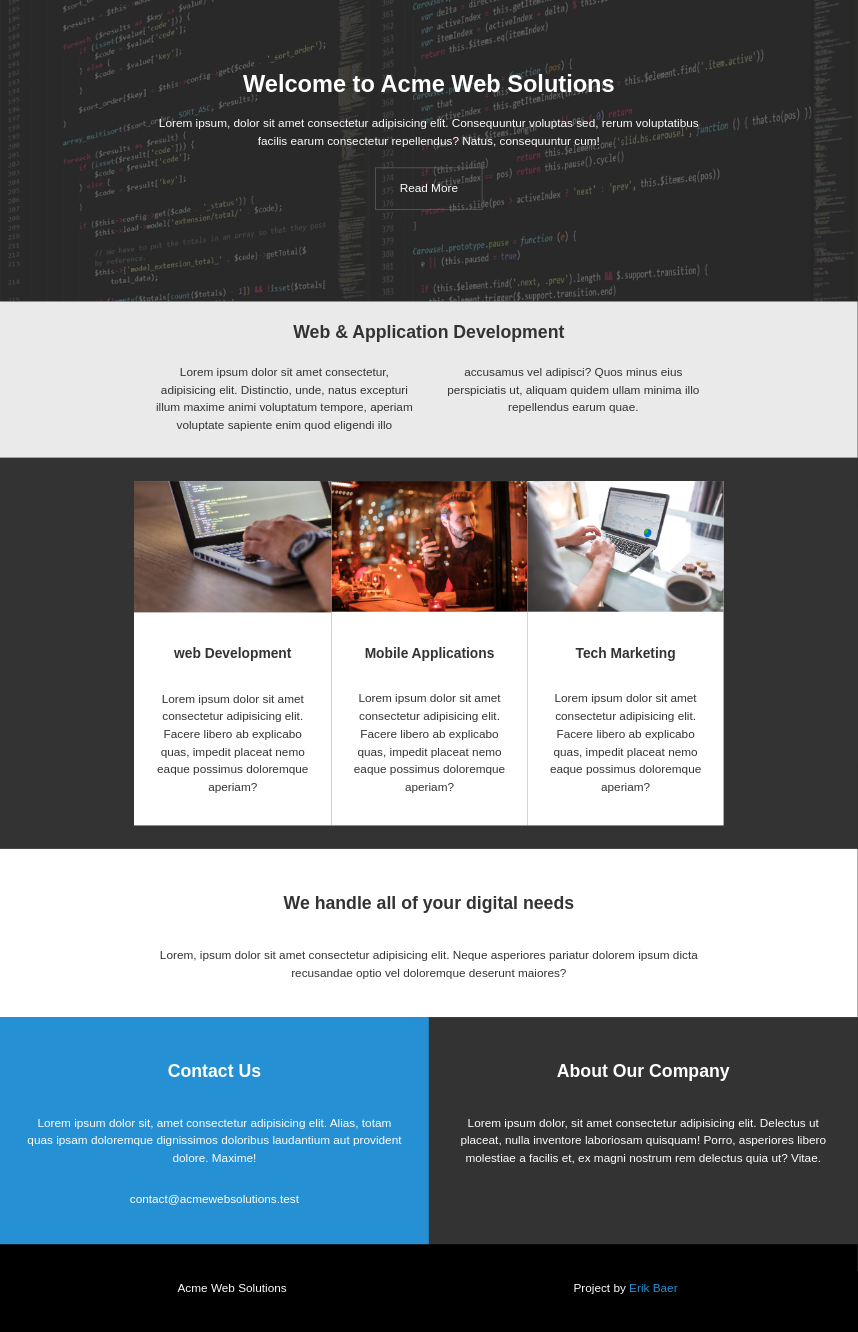
Repository: ErikBaer/MobileFirst
Page: index.html
The author's editor kept a copy of each file at every save. The page is drawn from the files as they stood at one save, then again after the next save.
The browser window is 1280 px wide. The pictures show the whole page, at 67% of full size.

Above is the page before, as saved 2020-02-15 03:59:36.

### index.html
<!DOCTYPE html>
<html lang="en">
<head>
    <meta charset="UTF-8">
    <meta name="viewport" content="width=device-width, initial-scale=1.0">
    <link rel="stylesheet" type="text/css" href="style.css">
    <title>Acme Web Solutions</title>
</head>
<body>

<!--Header Showcase -->

   <header id="showcase" class="grid">
    <div class="bg-image"></div>
    <div class="content-wrap">
    <h1>Welcome to Acme Web Solutions</h1>
    <p>Lorem ipsum, dolor sit amet consectetur adipisicing elit.
         Consequuntur voluptas sed, rerum voluptatibus facilis
         earum consectetur repellendus? Natus, consequuntur cum!
        </p>
    <a href="#section-b" class="btn">Read More</a>
    </div>
</header>

<!-- Main Area -->

<main id="main">

    <!-- Section A -->

    <section id="section-a" class="grid">
        <div class="content-wrap">
            <h2 class="content-title">Web & Application Development</h2>
            <div class="content-text">
                <p>Lorem ipsum dolor sit amet consectetur, adipisicing elit.
                    Distinctio, unde, natus excepturi illum maxime animi
                    voluptatum tempore, aperiam voluptate sapiente enim quod
                    eligendi illo accusamus vel adipisci? Quos minus eius
                    perspiciatis ut, aliquam quidem ullam minima illo
                    repellendus earum quae.</p>
            </div>
        </div>
    </section>

    <!-- Section B -->

    <section id="section-b" class="grid">
        <ul>
            <li>
                <div class="card">
                    <img src="./Assets/Coding-Person.jpg" alt="">
                    <div class="card-content">
                        <h3 class="card-title">web Development</h3>
                        <p>Lorem ipsum dolor sit amet consectetur
                            adipisicing elit. Facere libero ab explicabo
                            quas, impedit placeat nemo eaque possimus
                            doloremque aperiam?</p>
                    </div>
                </div>
            </li>
            <li>
                <div class="card">
                    <img src="./Assets/mobile-man.jpg" alt="">
                    <div class="card-content">
                        <h3 class="card-title">Mobile Applications</h3>
                        <p>Lorem ipsum dolor sit amet consectetur
                            adipisicing elit. Facere libero ab explicabo
                            quas, impedit placeat nemo eaque possimus
                            doloremque aperiam?</p>
                    </div>
                </div>
            </li>
            <li>
                <div class="card">
                    <img src="./Assets/charts.jpg" alt="">
                    <div class="card-content">
                        <h3 class="card-title">Tech Marketing</h3>
                        <p>Lorem ipsum dolor sit amet consectetur
                            adipisicing elit. Facere libero ab explicabo
                            quas, impedit placeat nemo eaque possimus
                            doloremque aperiam?</p>
                    </div>
                </div>
            </li>
        </ul>
    </section>

    <!-- Section C -->
    <section id="section-c" class="grid">
        <div class="content-wrap">
            <h2 class="content-title"> We handle all of your digital needs</h2>
            <p>Lorem, ipsum dolor sit amet consectetur adipisicing elit.
                Neque asperiores pariatur dolorem ipsum dicta recusandae
                 optio vel doloremque deserunt maiores?</p>
        </div>
    </section>

    <!-- Section D -->

    <section id="section-d" class="grid">
        <div class="box">
            <h2 class="content-title">Contact Us</h2>
            <p>Lorem ipsum dolor sit, amet consectetur adipisicing elit.
                 Alias, totam quas ipsam doloremque dignissimos doloribus
                 laudantium aut provident dolore. Maxime!</p>
            <p>contact@acmewebsolutions.test</p>
        </div>
        <div class="box">
            <h2 class="content-title">About Our Company</h2>
            <p>Lorem ipsum dolor, sit amet consectetur adipisicing elit.
                Delectus ut placeat, nulla inventore laboriosam quisquam!
                Porro, asperiores libero molestiae a facilis et, ex magni
                 nostrum rem delectus quia ut? Vitae.</p>
        </div>
    </section>
</main>

<!-- Footer -->

<footer id="main-footer" class="grid">
    <div>Acme Web Solutions</div>
    <div>Project by <a href="www.baerdata.de" target="blank">Erik Baer</a></div>
</footer>

</body>
</html>

### style.css
body {
    margin: 0;
    font-family: Arial, Helvetica, sans-serif;
    background-color: #333;
    color: white;
    font-size:1.1em;
    line-height: 1.5;
    text-align: center;
}

img {
    display:block;
    width:100%;
    height: auto;
}

h1, h2, h3 {
    margin:0;
    padding: 1em 0;
}

p {
    margin: 0;
    padding: 1em 0;
}

.btn {
    display: inline-block;
    background: 333;
    color: white;
    text-decoration: none;
    padding: 1em 2em;
    border: 1px solid #666;
    margin: .5em 0
}

.btn:hover {
  background: #eaeaea;
  color: #333;
}

/* Header Showcase */

#showcase {
    min-height: 450px;
    color: #fff;
    text-align: center;
}

#showcase .bg-image {
    position: absolute;
    background: #333 url(/Assets/code.jpg);
    background-position: center;
    background-repeat: no-repeat;
    background-size: cover;
    width: 100%;
    height: 450px;
    z-index: -1;
    opacity: 0.4;
}

#showcase h1 {
    padding-top: 100px;
    padding-bottom: 0;
}

#showcase .content-wrap,
#section-a .content-wrap {
    padding: 0 1.5em;
}


/* Section A */

#section-a {
    background: #eaeaea;
    color: #333;
    padding-bottom: 2em;
}


/* Section B */

#section-b {
    padding: 2em 1em 1em;
}

#section-b ul {
    list-style:none;
    margin:0;
    padding:0;
}

#section-b li {
    margin-bottom: 1em;
    background: #fff;
    color: #333;

}

.card-content {
    padding: 1.5em;
}

/* Section c */

#section-c {
    background: #fff;
    color: #333;
    padding: 2em;
}

/* Section D / Boxes */

#section-d .box {
    padding: 2em;
    color: #fff;
}

#section-d .box:first-child {
    background: #2690d4;
}

/* Footer */

#main-footer {
    padding: 3em;
    background: #000;
    color: white;
    text-align: center;
}

#main-footer a {
    color: #2690d4;
    text-decoration: none;
}

/* Media Queries */

@media(min-width: 700px) {
    .grid {
        display: grid;
        grid-template-columns: 1fr repeat(2, minmax(auto, 25em))1fr;
    }

    #section-a .content-text {
        columns: 2;
        column-gap: 2em;
    }

    #section-a .content-text p {
        padding-top: 0;
    }

    .content-wrap,
     #section-b ul {
         grid-column: 2/4;
     }

     .box, #main-footer div {
         grid-column: span 2;
     }

     #section-b ul {
         display:flex;
     }
}

After the next save:
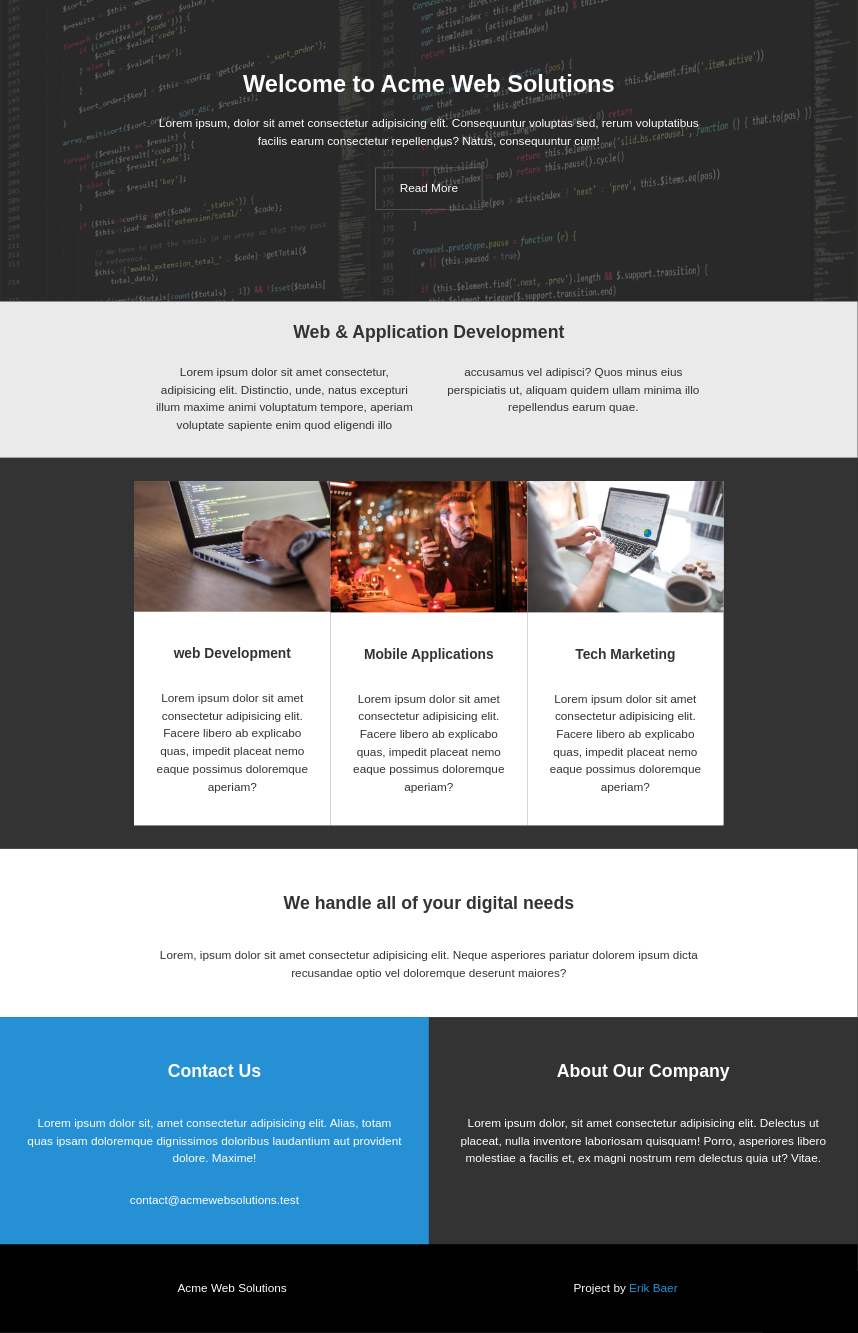
Saved 73 s later.
--- a/style.css
+++ b/style.css
@@ -164,4 +164,7 @@ p {
      #section-b ul {
          display:flex;
      }
+     #section-b li {
+         width: 35%;
+     }
 }
